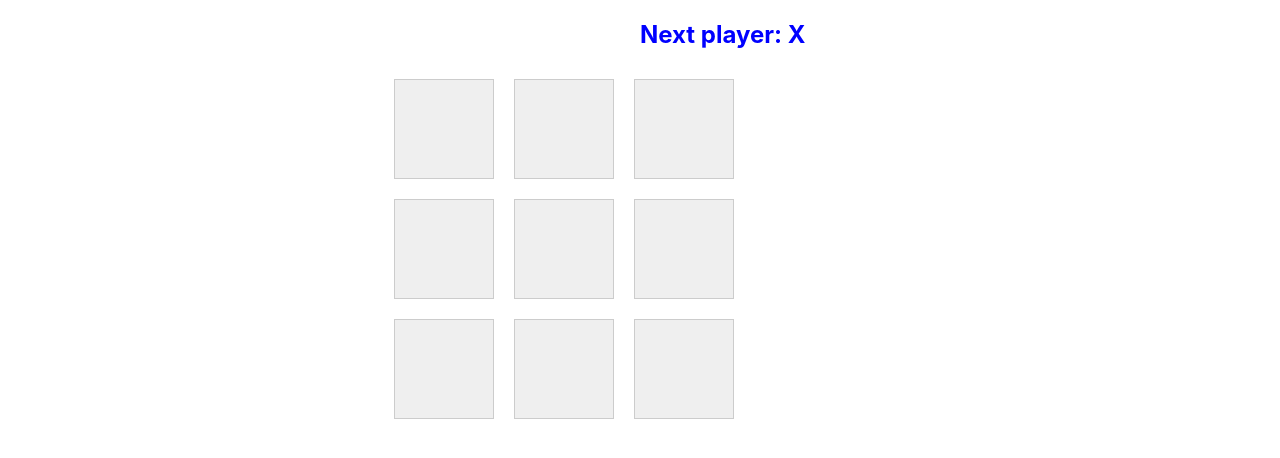
Repository: sedat-akdogan/React_Revision
Page: / (app in tic-tac-toe/)
These files come from the project's save history. The page is drawn as it stood at one moment and after a run of saves; the edit follows.
The browser window is 1280 px wide. The pictures show the whole page.
The project was rebuilt for these pictures with package versions that can differ from the ones it lists, and the page was loaded fresh each time.

Above is the page before, as saved 2023-05-13 00:43:28.

### tic-tac-toe/src/index.css
body {
    margin: 0;
    font-family: -apple-system, BlinkMacSystemFont, 'Segoe UI', 'Roboto', 'Oxygen',
        'Ubuntu', 'Cantarell', 'Fira Sans', 'Droid Sans', 'Helvetica Neue',
        sans-serif;
    -webkit-font-smoothing: antialiased;
    -moz-osx-font-smoothing: grayscale;
}

code {
    font-family: source-code-pro, Menlo, Monaco, Consolas, 'Courier New',
        monospace;
}

.square {
    width: 100px;
    height: 100px;
    font-size: 24px;
    border: 1px solid #ccc;
    display: inline-block;
    justify-content: center;
    align-items: center;
}

.board-row {
    margin-left: 30%;
    margin-right: 20%;
    display: flex;
}

.board-row .square {
    margin: 10px;
}

.board-row:last-child .square {
    margin-bottom: 0;
}

.status {
    color: blue;
    font-size: 24px;
    margin-top: 20px;
    margin-bottom: 20px;
    margin-left: 50%;
    font-weight: bold;
}

### tic-tac-toe/src/App.js
import { useState } from 'react';


function Square({ value, onSquareClick }) {
    return (
        <button className="square" onClick={onSquareClick}>
            {value}
        </button>
    );
}

export default function Board() {
    const [xIsNext, setXIsNext] = useState(true);
    const [squares, setSquares] = useState(Array(9).fill(null));

    function handleClick(i) {
        if (squares[i] || calculateWinner(squares)) {
            return;
        }
        const nextSquares = squares.slice();
        if (xIsNext) {
            nextSquares[i] = 'X';
        } else {
            nextSquares[i] = 'O';
        }
        setSquares(nextSquares);
        setXIsNext(!xIsNext);
    }

    const winner = calculateWinner(squares);
    let status;
    if (winner) {
        status = "Winner: " + winner;
    } else {
        status = "Next player: " + (xIsNext ? "X" : "O");
    }

    return (
        <>
            <div className="status">{status}</div>
            <div className="board-row">
                <Square value={squares[0]} onSquareClick={() => handleClick(0)} />
                <Square value={squares[1]} onSquareClick={() => handleClick(1)} />
                <Square value={squares[2]} onSquareClick={() => handleClick(2)} />
            </div>
            <div className="board-row">
                <Square value={squares[3]} onSquareClick={() => handleClick(3)} />
                <Square value={squares[4]} onSquareClick={() => handleClick(4)} />
                <Square value={squares[5]} onSquareClick={() => handleClick(5)} />
            </div>
            <div className="board-row">
                <Square value={squares[6]} onSquareClick={() => handleClick(6)} />
                <Square value={squares[7]} onSquareClick={() => handleClick(7)} />
                <Square value={squares[8]} onSquareClick={() => handleClick(8)} />
            </div>
        </>
    );
}

function calculateWinner(squares) {
    const lines = [
        [0, 1, 2],
        [3, 4, 5],
        [6, 7, 8],
        [0, 3, 6],
        [1, 4, 7],
        [2, 5, 8],
        [0, 4, 8],
        [2, 4, 6]
    ];
    for (let i = 0; i < lines.length; i++) {
        const [a, b, c] = lines[i];
        if (squares[a] && squares[a] === squares[b] && squares[a] === squares[c]) {
            return squares[a];
        }
    }
    return null;
}

Loaded but not shown: tic-tac-toe/public/index.html (common file); tic-tac-toe/src/index.js (common file); tic-tac-toe/src/reportWebVitals.js (common file)

After the next 2 saves:
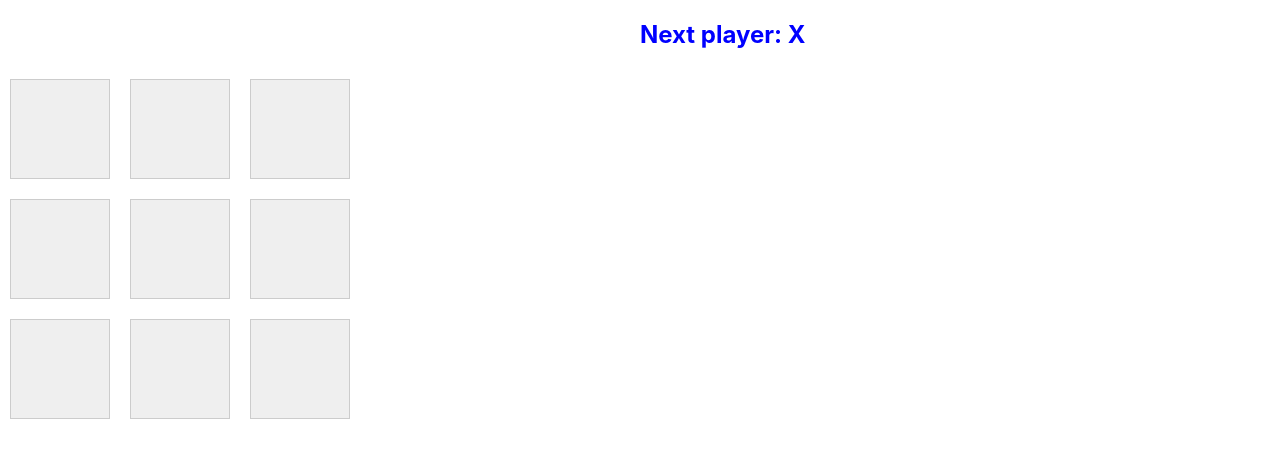
The 2 saves are shown as one change because they came seconds apart.
The last was saved 22 s later.
--- a/tic-tac-toe/src/index.css
+++ b/tic-tac-toe/src/index.css
@@ -23,7 +23,7 @@ code {
 }
 
 .board-row {
-    margin-left: 30%;
+    margin-left: auto;
     margin-right: 20%;
     display: flex;
 }
